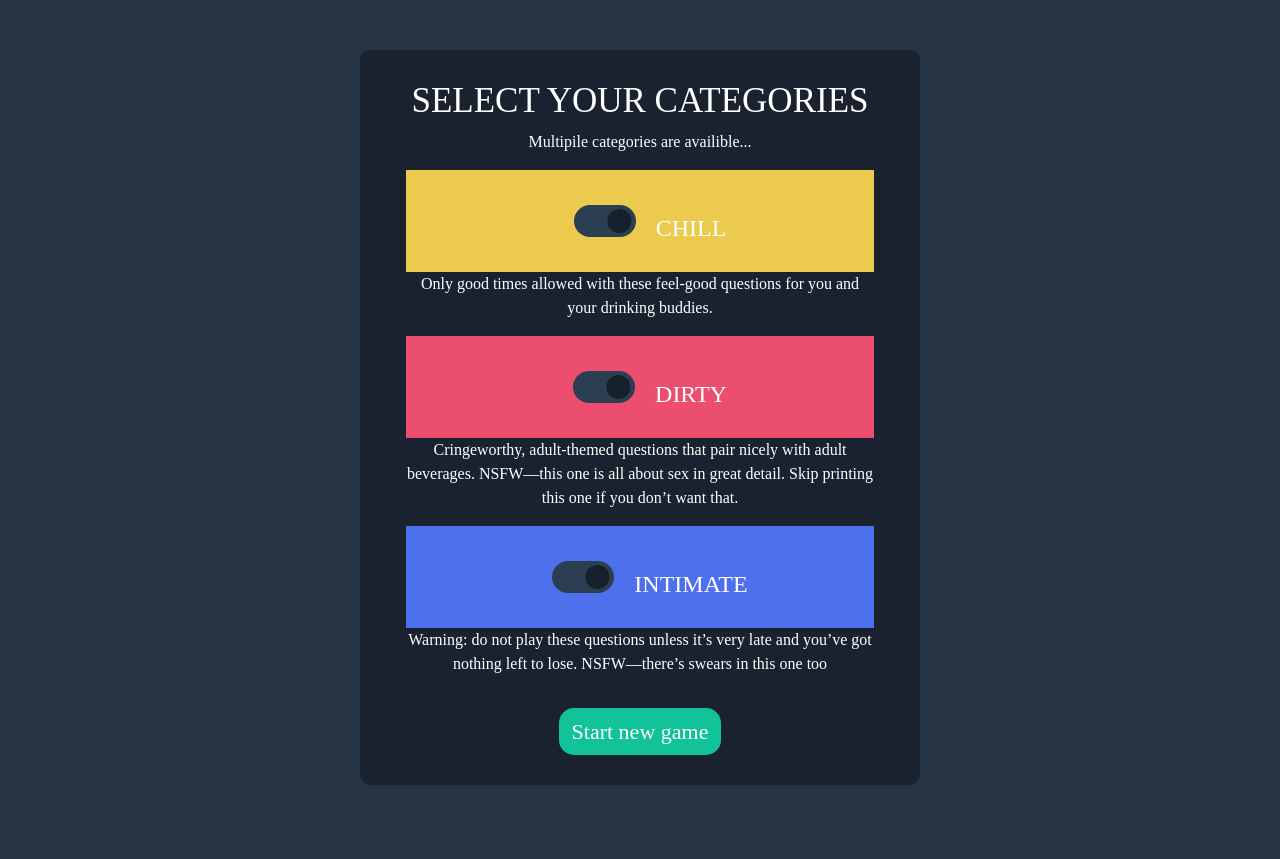
Repository: RafaelAshurov/TruthOrDrink
Page: /chose-your-categories
These files come from the project's save history. The page is drawn as it stood at one moment and after the next save; the edit follows.
The browser window is 1280 px wide. The pictures show the whole page.
Some web fonts or font styles are not loaded; a fallback is used. The project was rebuilt for these pictures with package versions that can differ from the ones it lists, and the page was loaded fresh each time. Also part of the build but not shown: src/views/StartGame.vue, src/views/QuestionsPage.vue.

Above is the page before, as saved 2020-10-10 21:25:52.

### public/index.html
<!DOCTYPE html>
<html lang="en">
    <head>
        <meta charset="utf-8" />
        <meta http-equiv="X-UA-Compatible" content="IE=edge" />
        <meta name="viewport" content="width=device-width,initial-scale=1.0" />
        <link rel="icon" href="<%= BASE_URL %>favicon.ico" />
        <title>Truth Or Drink</title>
        <link
            href="https://fonts.googleapis.com/css2?family=Chilanka&display=swap"
            rel="stylesheet"
        />
    </head>
    <body>
        <noscript>
            <strong
                >We're sorry but truth_or_drink doesn't work properly without JavaScript enabled.
                Please enable it to continue.</strong
            >
        </noscript>
        <div id="app"></div>
        <!-- built files will be auto injected -->
    </body>
</html>

### src/App.vue
<template>
    <div id="app" class="container-fluid">
        <div class="row justify-content-center text-center">
            <div class="col-12 col-md-8 col-lg-6 site-content">
                <router-view />
            </div>
        </div>
    </div>
</template>

<style lang="scss">
#app {
    .site-content {
        padding: 50px 40px;
    }
}
.alert.alert-danger.open-alert {
    max-height: 100px;
}
.alert.alert-danger.close-alert {
    max-height: 0px;
    overflow: hidden;
    padding: 0;
    border: none;
}
.capital-font {
    text-transform: uppercase;
}
button.btn {
    background-color: #12c298;
    color: #ffffff;
    font-size: 22px;
    font-weight: 400;
    border-radius: 15px;
}
.site-card {
    background-color: #1a222f;
    border-radius: 10px;
    padding: 30px 20px;
    margin: 0 auto;
    max-height: 1000px;
    overflow: hidden;
}
.site-card.site-card-collapse {
    max-height: 0px;
    padding-top: 20px !important;
    padding-bottom: 0 !important;
}
body {
    background-color: #273446;
    color: #ffffff;
    font-family: "Chilanka", cursive;
}
* {
    transition: all 0.4s ease;
}
</style>

### src/router.js
import Vue from "vue";
import Router from "vue-router";
import StartGame from "./views/StartGame.vue";
import CategorySelect from "./views/CategorySelect.vue";
import QuestionsPage from "./views/QuestionsPage.vue";

Vue.use(Router);

export default new Router({
    mode: "history",
    base: process.env.BASE_URL,
    routes: [
        {
            path: "/",
            name: "startGame",
            component: StartGame
        },
        {
            path: "/chose-your-categories",
            name: "categories",
            component: CategorySelect
        },
        {
            path: "/drink-up",
            name: "questionsPage",
            component: QuestionsPage,
            props: true
        }
    ]
});

### src/views/CategorySelect.vue
<template>
    <div class="category-select-page site-card" :class="{ 'site-card-collapse': collapsed }">
        <h1 class="capital-font">Select your categories</h1>
        <p>Multipile categories are availible...</p>
        <div class="categories-wrapper">
            <div class="category-container" v-for="category in categories" :key="category.id">
                <div class="category-btn" :style="{ 'background-color': category.color }">
                    <span
                        ><input
                            type="checkbox"
                            name="checkbox"
                            v-model="selectedCategories"
                            :value="category.name"
                    /></span>
                    <h4>
                        {{ category.name }}
                    </h4>
                </div>
                <p class="category-description">
                    {{ category.description }}
                </p>
            </div>
        </div>
        <div class="start-game-btn-wrapper">
            <div
                class="alert alert-danger"
                :class="noCategoriesAlert ? 'open-alert' : 'close-alert'"
                role="alert"
            >
                You have to chose atleast one category
            </div>
            <button @click="startNewGame()" type="button" class="btn btn-bg">
                Start new game
            </button>
        </div>
    </div>
</template>

<script>
import { QuestionList } from "../helpers/questionsList";

export default {
    data() {
        return {
            categories: [],
            selectedCategories: [],
            noCategoriesAlert: false,
            collapsed: true
        };
    },
    created: function() {
        const categories = this.fillterCategories(QuestionList);
        this.setCategoriesObjects(categories);
    },
    computed: {},
    mounted: function() {
        this.collapsed = false;
    },
    methods: {
        fillterCategories(questionsList) {
            let categoriesArr = [];
            questionsList.forEach(question => {
                if (!categoriesArr.includes(question.category))
                    categoriesArr.push(question.category);
            });
            return categoriesArr;
        },
        setCategoriesObjects(categories) {
            categories.forEach(categoryName => {
                let categoryObj = {};
                switch (categoryName) {
                    case "chill":
                        categoryObj = {
                            id: 1,
                            name: categoryName,
                            color: "#ecca4e",
                            description:
                                "Only good times allowed with these feel-good questions for you and your drinking buddies. "
                        };
                        break;
                    case "dirty":
                        categoryObj = {
                            id: 2,
                            name: categoryName,
                            color: "#ec4e70",
                            description:
                                "Cringeworthy, adult-themed questions that pair nicely with adult beverages. NSFW—this one is all about sex in great detail. Skip printing this one if you don’t want that."
                        };
                        break;
                    case "intimate":
                        categoryObj = {
                            id: 3,
                            name: categoryName,
                            color: "#4e70ec",
                            description:
                                "Warning: do not play these questions unless it’s very late and you’ve got nothing left to lose. NSFW—there’s swears in this one too"
                        };
                        break;
                    default:
                        categoryObj = {
                            id: 4,
                            name: categoryName,
                            color: "#000000",
                            description: ""
                        };
                        break;
                }
                this.categories.push(categoryObj);
            });
        },
        startNewGame() {
            if (this.selectedCategories.length === 0) {
                this.noCategoriesAlert = true;
            } else {
                this.collapsed = true;
                setTimeout(() => {
                    this.$router.push({
                        name: "questionsPage",
                        params: { selectedCategories: JSON.stringify(this.selectedCategories) }
                    });
                }, 400);
            }
        }
    }
};
</script>

<style lang="scss">
.category-select-page {
    h1.capital-font {
        font-size: 35px;
    }
    .categories-wrapper {
        display: flex;
        flex-direction: column;

        .category-container {
            display: inline-block;
            margin: 0 auto;
            width: 90%;

            .category-btn {
                h4 {
                    display: inline-block;
                    text-transform: uppercase;
                    color: #ffffff;
                }
            }
        }
    }
}

.transition,
input[type="radio"]:after,
input[type="checkbox"][type="radio"]:after,
input[type="checkbox"]:after {
    -moz-transition: all 0.25s cubic-bezier(0.75, 0.01, 0.48, 2);
    -o-transition: all 0.25s cubic-bezier(0.75, 0.01, 0.48, 2);
    -webkit-transition: all 0.25s cubic-bezier(0.75, 0.01, 0.48, 2);
    transition: all 0.25s cubic-bezier(0.75, 0.01, 0.48, 2);
}

.bgTransition,
input[type="radio"]:before,
input[type="checkbox"][type="radio"]:before,
input[type="checkbox"]:before {
    -moz-transition: all 0.25s ease-in-out;
    -o-transition: all 0.25s ease-in-out;
    -webkit-transition: all 0.25s ease-in-out;
    transition: all 0.25s ease-in-out;
}

input[type="radio"],
input[type="checkbox"] {
    position: relative;
}
input[type="radio"]:before,
input[type="radio"]:after,
input[type="checkbox"]:before,
input[type="checkbox"]:after {
    content: "";
    position: absolute;
}
input[type="radio"]:before,
input[type="checkbox"]:before {
    height: 100%;
}
input[type="radio"][type="radio"],
input[type="checkbox"][type="radio"] {
    border-radius: 30px;
}
input[type="radio"][type="radio"]:before,
input[type="checkbox"][type="radio"]:before {
    width: 100%;
    border-radius: 30px;
    background-color: #2c3f52;
    box-shadow: 0 0 0 1px #2c3f52;
}
input[type="radio"][type="radio"]:after,
input[type="checkbox"][type="radio"]:after {
    width: 100%;
    height: 100%;
    border-radius: 30px;
    background-color: #15202a;
    -moz-transform: scale(0, 0);
    -ms-transform: scale(0, 0);
    -webkit-transform: scale(0, 0);
    transform: scale(0, 0);
}
input[type="radio"][type="radio"]:checked:after,
input[type="checkbox"][type="radio"]:checked:after {
    -moz-transform: scale(0.75, 0.75);
    -ms-transform: scale(0.75, 0.75);
    -webkit-transform: scale(0.75, 0.75);
    transform: scale(0.75, 0.75);
}
input[type="radio"][type="radio"]:checked:before,
input[type="checkbox"][type="radio"]:checked:before {
    background-color: #85ff7a;
    box-shadow: 0 0 0 1px #85ff7a;
}
input[type="radio"][type="checkbox"]:before,
input[type="checkbox"][type="checkbox"]:before {
    width: 200%;
    background-color: #2c3f52;
    box-shadow: 0 0 0 1px #2c3f52;
    -moz-transform: translate(-25%, 0);
    -ms-transform: translate(-25%, 0);
    -webkit-transform: translate(-25%, 0);
    transform: translate(-25%, 0);
    border-radius: 30px;
}
input[type="radio"][type="checkbox"]:after,
input[type="checkbox"][type="checkbox"]:after {
    width: 80%;
    height: 80%;
    margin-top: 10%;
    margin-left: 10%;
    background-color: #15202a;
    border-radius: 30px;
    -moz-transform: translate(60%, 0);
    -ms-transform: translate(60%, 0);
    -webkit-transform: translate(60%, 0);
    transform: translate(60%, 0);
}
input[type="radio"][type="checkbox"]:checked:after,
input[type="checkbox"][type="checkbox"]:checked:after {
    -moz-transform: translate(-60%, 0);
    -ms-transform: translate(-60%, 0);
    -webkit-transform: translate(-60%, 0);
    transform: translate(-60%, 0);
}
input[type="radio"][type="checkbox"]:checked:before,
input[type="checkbox"][type="checkbox"]:checked:before {
    background-color: #85ff7a;
    box-shadow: 0 0 0 1px #85ff7a;
}

input {
    margin: 36px;
}
input[type="radio"],
input[type="checkbox"] {
    cursor: pointer;
    width: 30px;
    height: 30px;
}

.radio,
.check {
    position: absolute;
    -moz-transform: translate(-50%, -50%);
    -ms-transform: translate(-50%, -50%);
    -webkit-transform: translate(-50%, -50%);
    transform: translate(-50%, -50%);
    top: 50%;
    left: 50%;
}

.radio {
    margin-left: -36px;
}

.check {
    margin-left: 36px;
}
</style>

Loaded but not shown: src/main.js (common file); src/plugins/bootstrap-vue.js (common file); src/helpers/questionsList.js (2107 lines, source omitted)

After the next save:
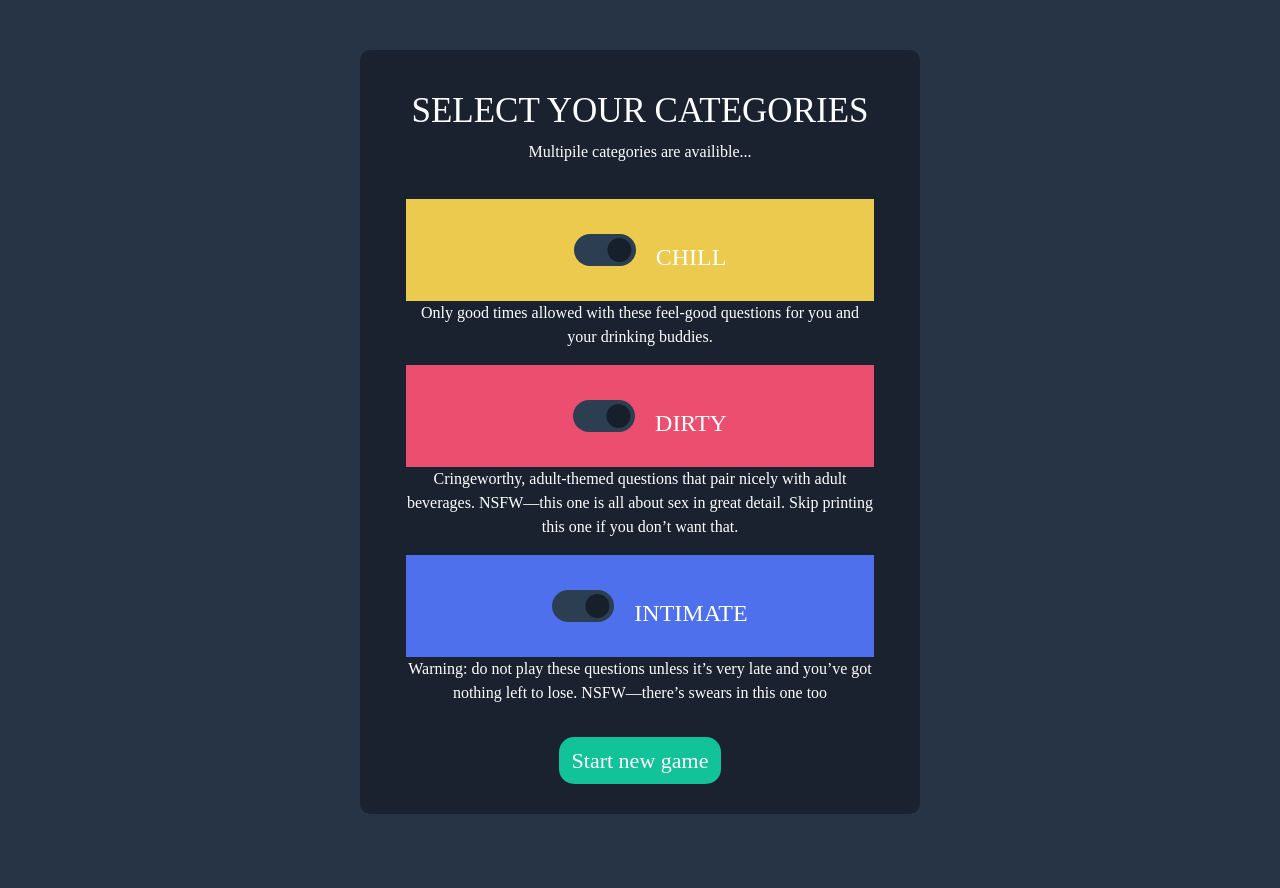
Saved 51 s later.
--- a/src/views/CategorySelect.vue
+++ b/src/views/CategorySelect.vue
@@ -128,11 +128,13 @@
 <style lang="scss">
 .category-select-page {
     h1.capital-font {
+        margin-top: 10px;
         font-size: 35px;
     }
     .categories-wrapper {
         display: flex;
         flex-direction: column;
+        padding-top: 19px;
 
         .category-container {
             display: inline-block;
